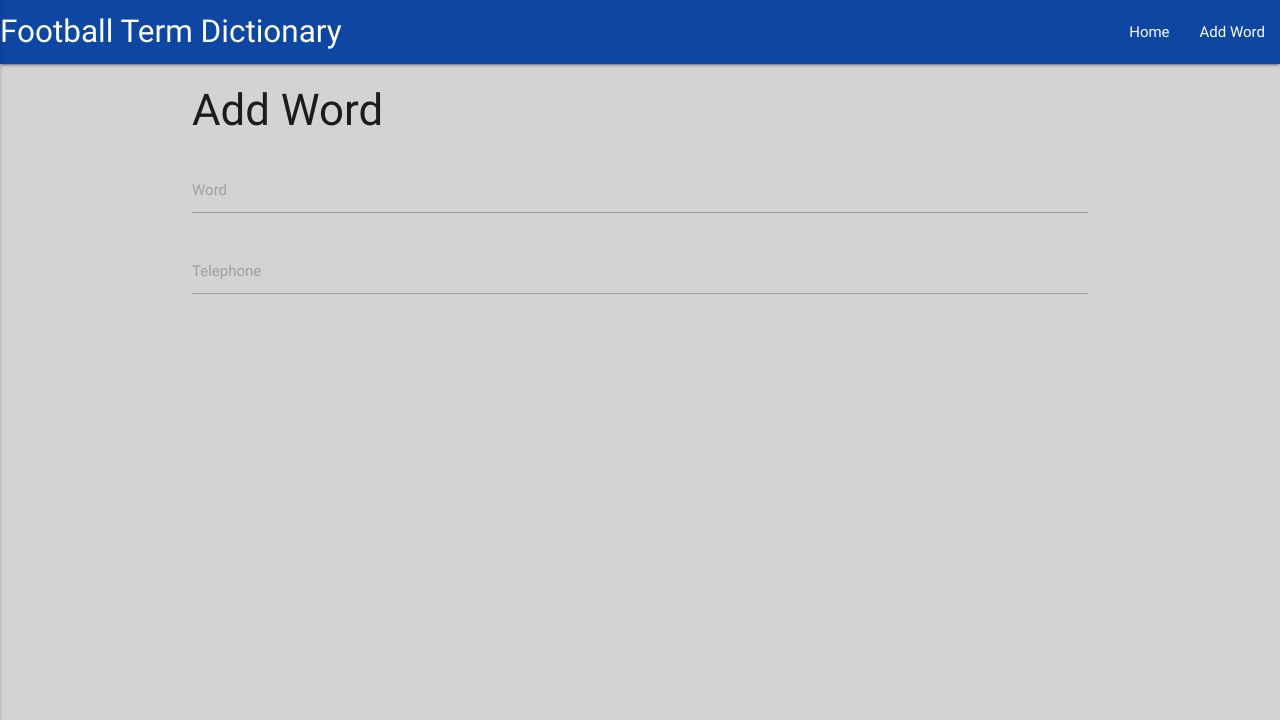
Repository: BLMcDonald/Milestone3
Page: http://localhost/add_word
The author's editor kept a record of every edit. The page is drawn from the files as they stood at one moment, then again after the next edit.
The browser window is 1280 px wide. The pictures show the whole page.
Some web libraries are served in a nearby version. The page is served by the project's application, run on Flask 3 (app.py).

Above is the page before.

### templates/addword.html
{% extends 'base.html'%}
{% block content %}

<h3>Add Word</h3>

<div class="row">
    <form action="" method="POST" class="col s12">
        <div class="row">
            <div class="input-field col s12">
                <input id="word_name" name="word_name" type="text" class="validate">
                <label for="icon_prefix">Word</label>
            </div>
            <div class="input-field col s12">
                <input id="icon_telephone" type="tel" class="validate">
                <label for="icon_telephone">Telephone</label>
            </div>
        </div>
    </form>
</div>

{% endblock %}

### templates/base.html
<!DOCTYPE html>
<html lang="en">
<head>
    <link href="https://fonts.googleapis.com/icon?family=Material+Icons" rel="stylesheet">
    <link rel="stylesheet" href="https://cdnjs.cloudflare.com/ajax/libs/materialize/0.100.2/css/materialize.min.css">
    <link rel="stylesheet" href="{{url_for('static', filename='css/style.css')}}" type="text/css"/>
</head>
<body>
    <header>
        <nav>
            <div class="nav-wrapper blue darken-4">
                <a href="{{url_for('get_words')}}" class="brand-logo">Football Term Dictionary</a>
                <a href="#" data-activates="mobile-demo" class="button-collapse"><i class="material-icons">menu</i></a>
                <ul id="nav-mobile" class="right hide-on-med-and-down">
                    <li><a href="{{url_for('get_words')}}">Home</a></li>
                    <li><a href="{{url_for('add_word')}}">Add Word</a></li>
                </ul>
                <ul class="side-nav" id="mobile-demo">
                    li><a href="{{url_for('get_words')}}">Home</a></li>
                    <li><a href="{{url_for('add_word')}}">Add Word</a></li>
                </ul>
            </div>
        </nav>
    </header>
    <div class="container">
        {% block content %}
        {% endblock %}
    </div>

    <script src="https://cdnjs.cloudflare.com/ajax/libs/jquery/3.2.1/jquery.min.js"></script>
    <script src="https://cdnjs.cloudflare.com/ajax/libs/materialize/0.100.2/js/materialize.min.js"></script>
    <script type="text/javascript">

        $(document).ready(function() {
            $('.collapsible').collapsible();
            $(".button-collapse").sideNav();
        })
    </script>
</body>
</html>

### app.py
import os
from flask import Flask, render_template, redirect, request, url_for
from flask_pymongo import PyMongo
from bson.objectid import ObjectId

app = Flask(__name__)

app.config["MONGO_DBNAME"] = 'dictionary'
app.config["MONGO_URI"] = 'mongodb+srv://root:83OH5Pni9RRgTofE@projectscluster-hyee9.mongodb.net/dictionary?retryWrites=true&w=majority'

mongo = PyMongo(app)


@app.route('/')
@app.route('/get_words')
def get_words():
    return render_template("words.html", words=mongo.db.words.find())

@app.route('/add_word')
def add_word():
    return render_template("addword.html")

@app.route('/insert_word', methods=['POST'])
def insert_word():
    words = mongo.db.words
    words.insert_one(request.form.to_dict())
    return redirect(url_for('get_words'))

@app.route('/edit_word/<word_id>')
def edit_word(word_id):
    the_word = mongo.db.words.find_one({"_id": ObjectId(word_id)})
    return render_template("editword.html", word=the_word)

if __name__ == '__main__':
    app.run(host=os.environ.get('IP'),
            port=int(os.environ.get('PORT')),
            debug=True)

### static/css/style.css
.btn_custom {
    height: 24px;
    width: 70px;
    line-height: 24px;
    margin: 5px;
    padding: 0px 8px;
}

.word_header {
    margin-top: 5px;
}

.logo_style {
    margin-left: 5px;
}

body {
    background-color: #D3D3D3;
}

After the next edit:
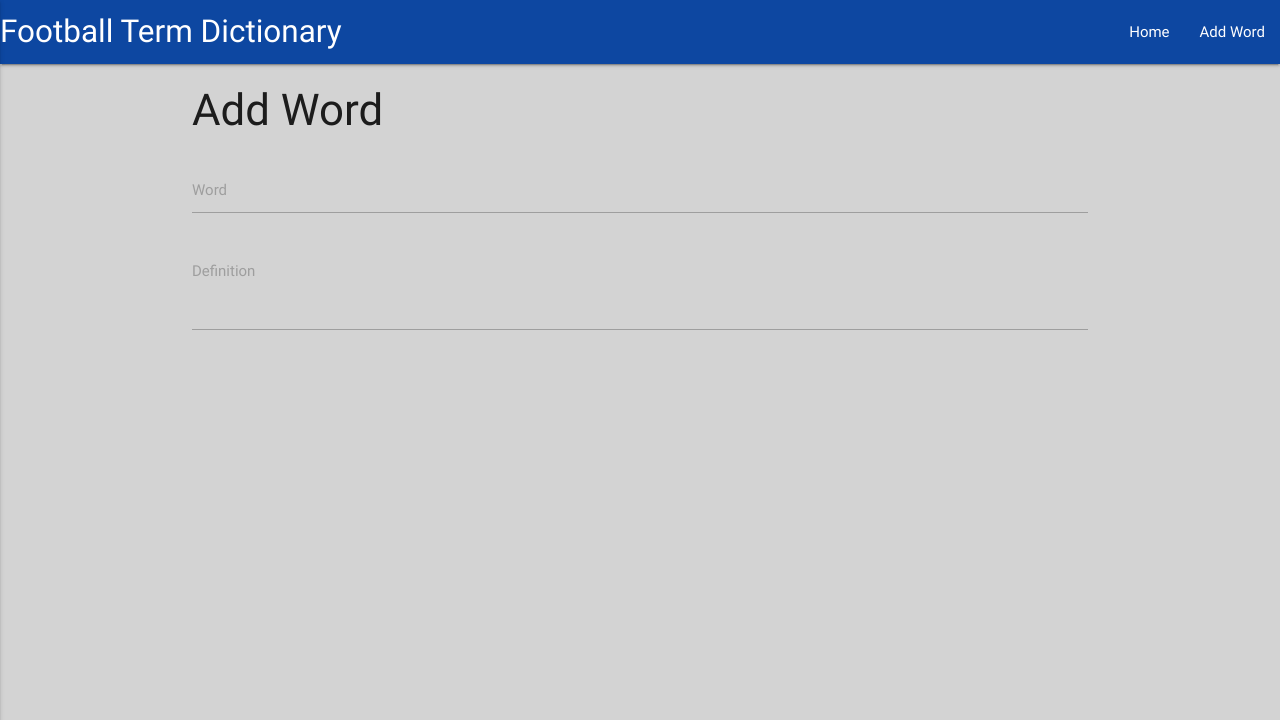
The edit:
--- a/templates/addword.html
+++ b/templates/addword.html
@@ -11,8 +11,8 @@
                 <label for="icon_prefix">Word</label>
             </div>
             <div class="input-field col s12">
-                <input id="icon_telephone" type="tel" class="validate">
-                <label for="icon_telephone">Telephone</label>
+                <textarea name="definition" id="definition" class="materialize-textarea"></textarea>
+                <label for="icon_telephone">Definition</label>
             </div>
         </div>
     </form>
